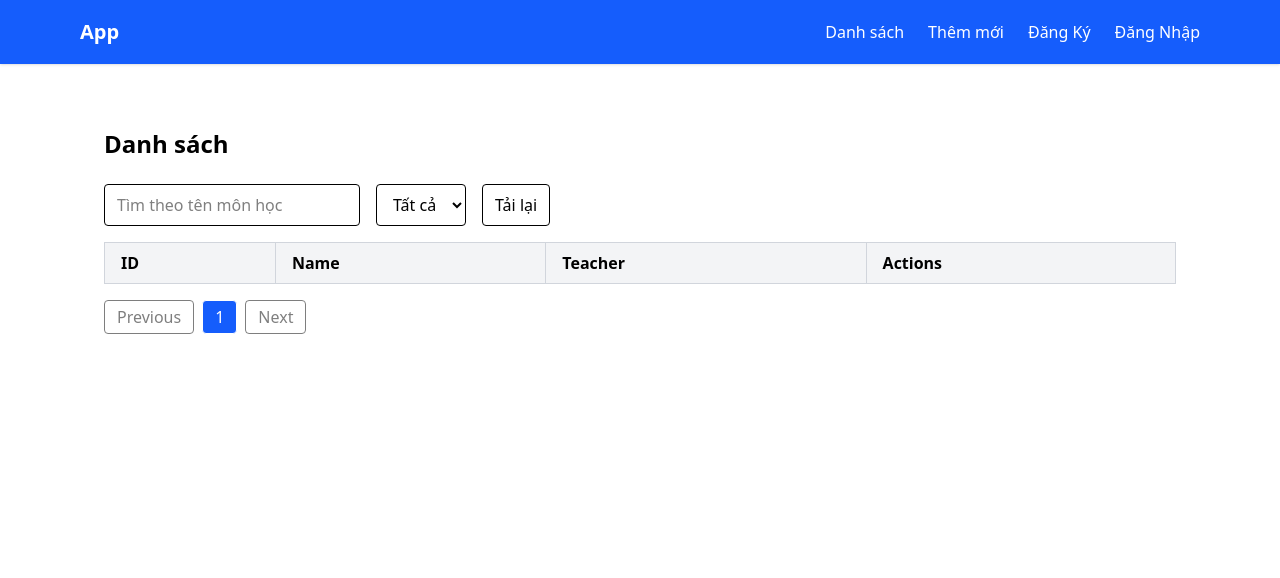
Repository: DODUCHUY195/Lap_Trinh_TypeScript
Page: /
These files come from the project's save history. The page is drawn as it stood at one moment and after the next save; the edit follows.
The browser window is 1280 px wide. The pictures show the whole page.
The page's requests for data from a server got no answer. The project was rebuilt for these pictures with package versions that can differ from the ones it lists, and the page was loaded fresh each time. No one was signed in, and anything a server would have sent is missing. Requests to the local data server were answered from the project's data file. Also part of the build but not shown: vite.config.ts, src/pages/Add.tsx, src/pages/Edit.tsx, src/pages/AuthPage.tsx.

Above is the page before, as saved 2026-01-28 14:36:42.

After the next save:
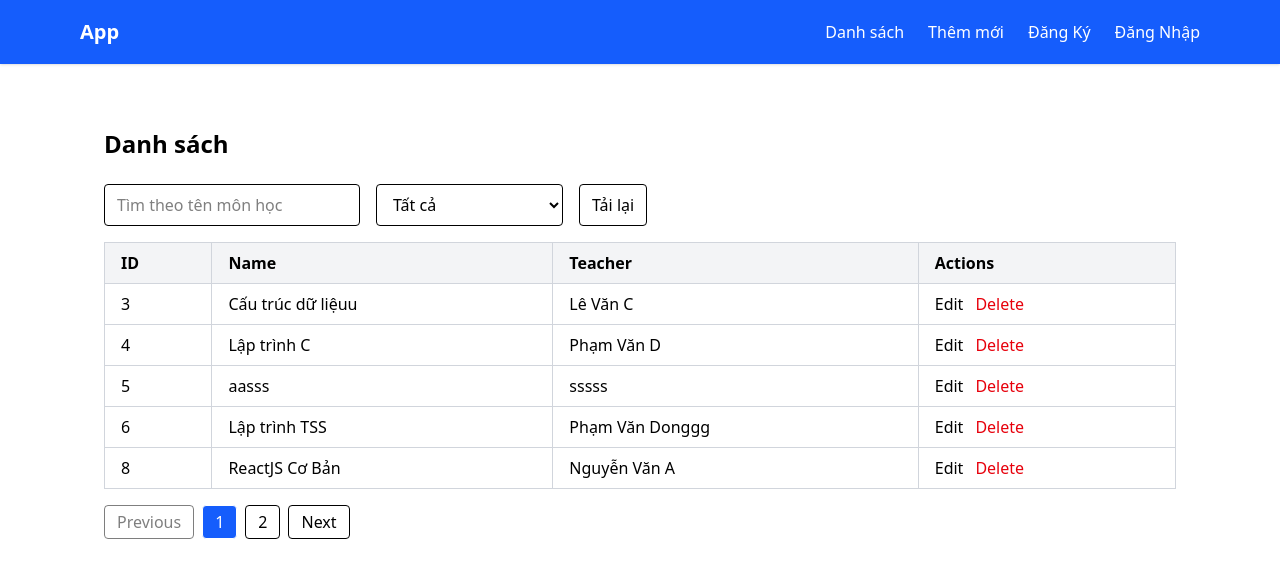
Saved 2 min 15 s later.
--- a/src/pages/List.tsx
+++ b/src/pages/List.tsx
@@ -42,7 +42,7 @@ function ListSimple() {
       try {
         const token = localStorage.getItem("accessToken");
         const headers = token ? { Authorization: `Bearer ${token}` } : undefined;
-        const res = await axios.get<Subject[]>("http://localhost:3000/subjects?_page=1&_limit=1000", { headers });
+        const res = await axios.get<Subject[]>("http://localhost:3000/subject?_page=1&_limit=1000", { headers });
         const unique = Array.from(new Set(res.data.map((s) => s.teacher))).filter(Boolean);
         setTeachers(["Tất cả", ...unique]);
       } catch (error) {
@@ -69,7 +69,7 @@ function ListSimple() {
         params.set("_limit", String(itemsPerPage));
         const token = localStorage.getItem("accessToken");
         const headers = token ? { Authorization: `Bearer ${token}` } : undefined;
-        const res = await axios.get<Subject[]>(`http://localhost:3000/subjects?${params.toString()}`, { headers });
+        const res = await axios.get<Subject[]>(`http://localhost:3000/subject?${params.toString()}`, { headers });
         const total = Number(res.headers["x-total-count"] ?? res.headers["X-Total-Count"] ?? "0");
         setSubjects(res.data);
         setTotalPages(Math.max(1, Math.ceil(total / itemsPerPage)));
@@ -126,7 +126,7 @@ function ListSimple() {
                 params.set("_limit", String(itemsPerPage));
                 const token = localStorage.getItem("accessToken");
                 const headers = token ? { Authorization: `Bearer ${token}` } : undefined;
-                const res = await axios.get<Subject[]>(`/api/subjects?${params.toString()}`, { headers });
+                const res = await axios.get<Subject[]>(`/api/subject?${params.toString()}`, { headers });
                 const total = Number(res.headers["x-total-count"] ?? res.headers["X-Total-Count"] ?? "0");
                 setSubjects(res.data);
                 setTotalPages(Math.max(1, Math.ceil(total / itemsPerPage)));
@@ -173,7 +173,7 @@ function ListSimple() {
                         // Gọi API xóa
                         const token = localStorage.getItem("accessToken");
                         const headers = token ? { Authorization: `Bearer ${token}` } : undefined;
-                        await axios.delete(`http://localhost:3000/subjects/${item.id}`, { headers });
+                        await axios.delete(`http://localhost:3000/subject/${item.id}`, { headers });
                         // Xóa khỏi state để cập nhật UI
                         setSubjects((prev) => prev.filter((s) => s.id !== item.id));
                       } catch (error) {
